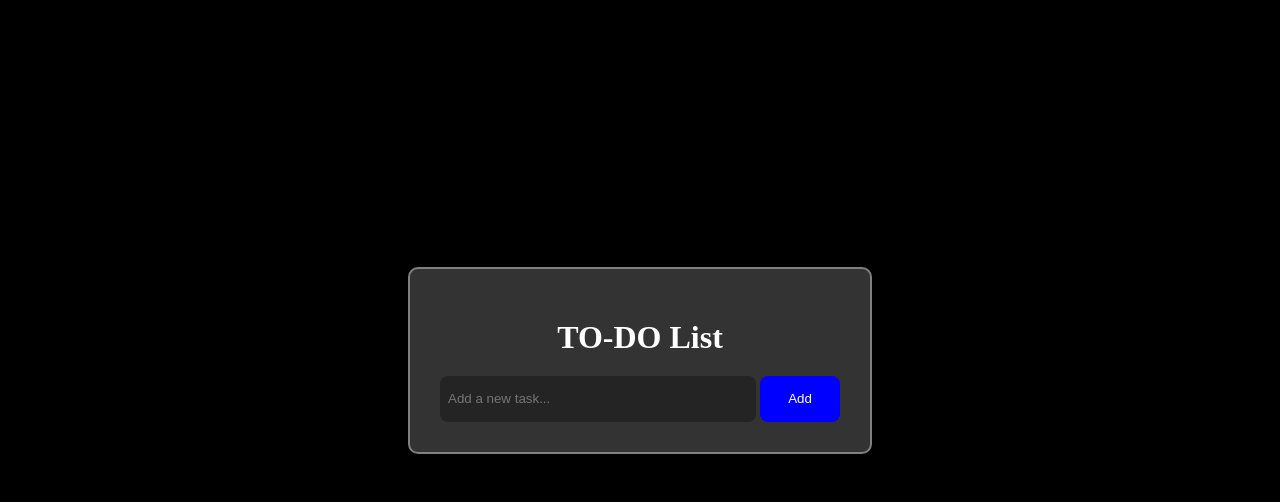
Repository: ksusmitha879-cyber/todo-list
Page: index.html
The author's editor kept a copy of each file at every save. The page is drawn from the files as they stood at one save, then again after a run of saves.
The browser window is 1280 px wide. The pictures show the whole page.

Above is the page before, as saved 2025-11-28 02:33:29.

After the next 2 saves:
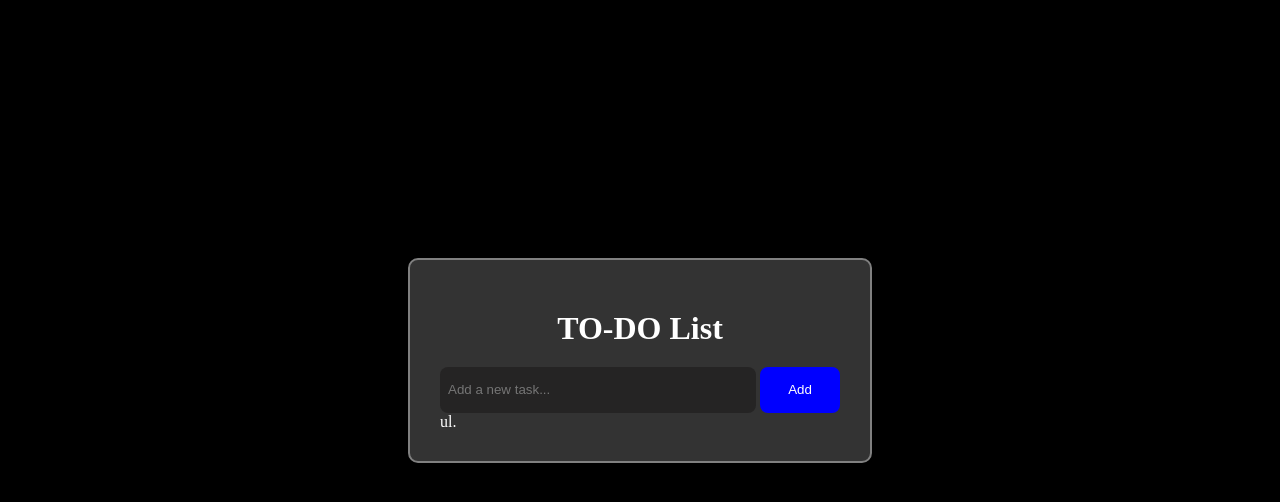
The 2 saves are shown as one change because they came seconds apart.
The last was saved 13 s later.
--- a/index.html
+++ b/index.html
@@ -13,6 +13,7 @@
             <input type="text" id="todo-input" placeholder="Add a new task..."/>
             <button>Add</button>
         </div>
+        ul.
     </div>
 </body>
 </html>

After the save that followed:
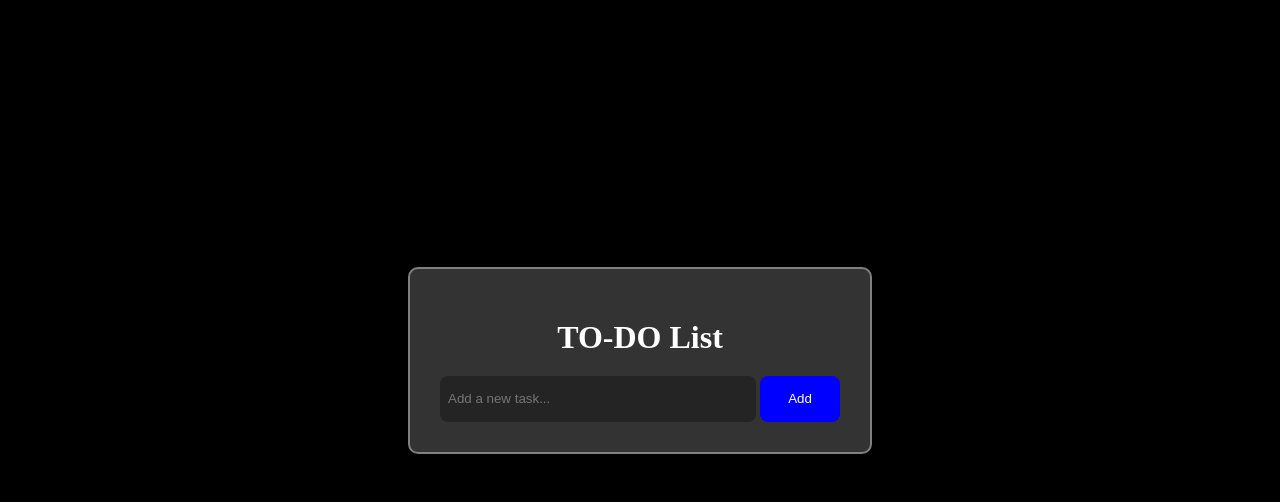
Saved 7 s later.
--- a/index.html
+++ b/index.html
@@ -13,7 +13,7 @@
             <input type="text" id="todo-input" placeholder="Add a new task..."/>
             <button>Add</button>
         </div>
-        ul.
+        <ul></ul>
     </div>
 </body>
 </html>
